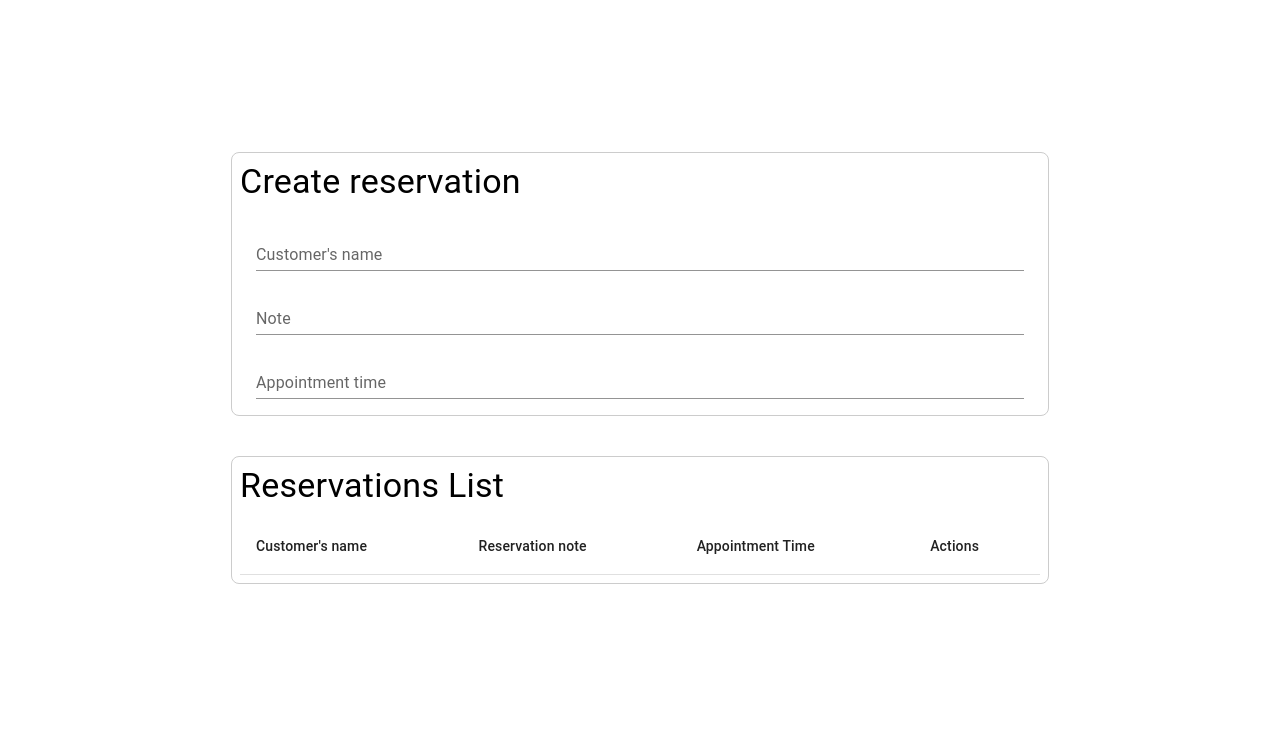
Repository: dovix58/PSP
Page: /beauty (app in frontEnd/)
These files come from the project's save history. The page is drawn as it stood at one moment and after a run of saves; the edit follows.
The browser window is 1280 px wide. The pictures show the whole page.
The page's requests for data from a server got no answer. The project was rebuilt for these pictures with package versions that can differ from the ones it lists, and the page was loaded fresh each time. No one was signed in, and anything a server would have sent is missing. Also part of the build but not shown: frontEnd/vite.config.ts, frontEnd/src/LandingPage.tsx, frontEnd/src/api/productAPI.ts, frontEnd/src/CreateOrder.tsx, frontEnd/src/api/OrderApi.ts, frontEnd/src/PaymentModal.tsx, frontEnd/src/OrderList.tsx, frontEnd/src/Styles.ts and 3 more.

Above is the page before, as saved 2024-12-19 13:46:33.

After the next 4 saves:
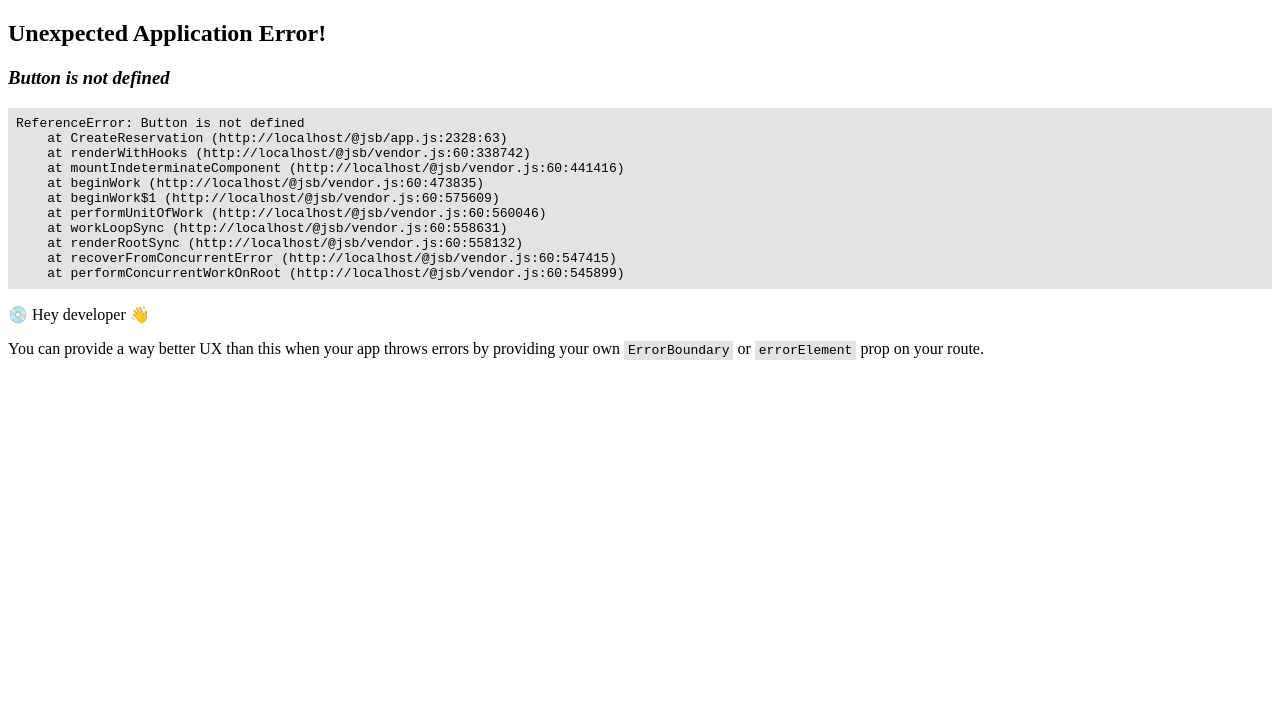
Console error: ReferenceError: Button is not defined
The 4 saves are shown as one change because 2 did not build or start and some came seconds apart.
The last was saved 49 s later.
--- a/frontEnd/src/CreateReservation.tsx
+++ b/frontEnd/src/CreateReservation.tsx
@@ -23,6 +23,9 @@ export default function CreateReservation() {
             <TextField id="name" label="Customer's name" variant="standard" />
             <TextField id="note" label="Note" variant="standard" />
             <TextField id="time" label="Appointment time" variant="standard" />
+            <Button variant="outlined" color="error">
+              Error
+            </Button>
           </Stack>
         </form>
       </Box>

After the save that followed:
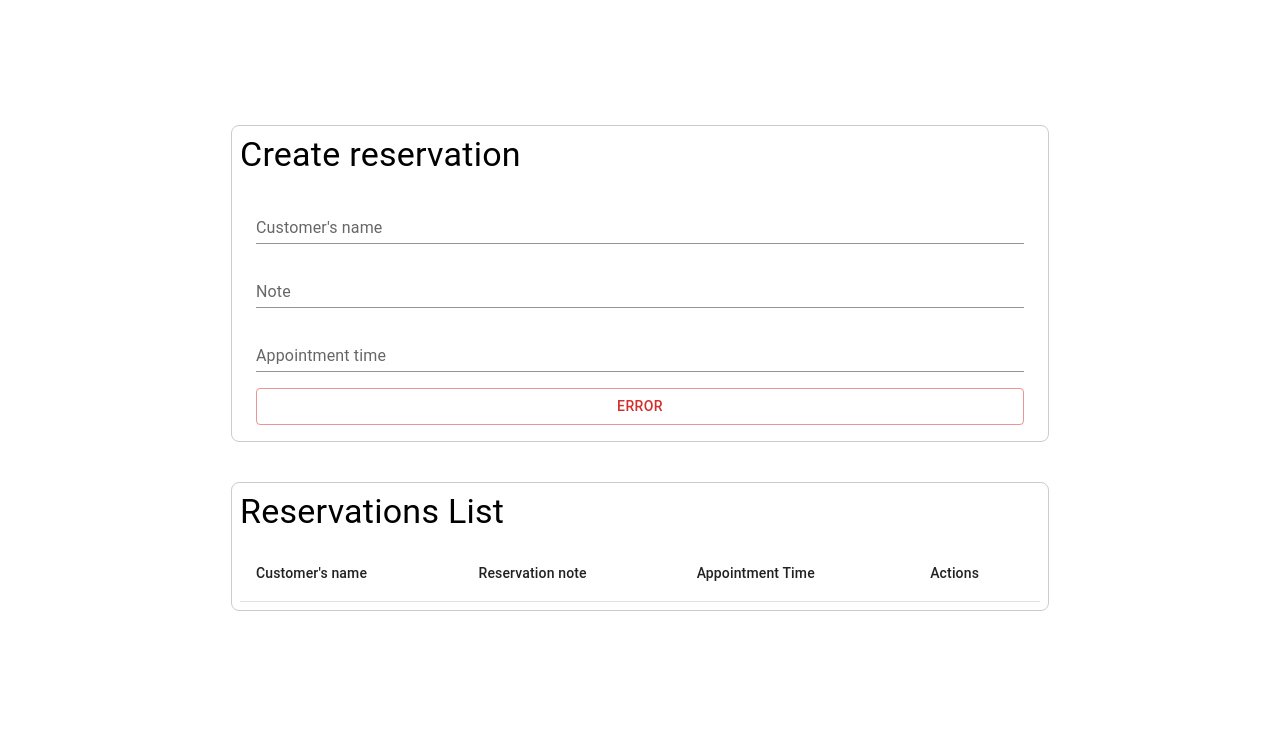
The error is gone.
Saved 4 s later.
--- a/frontEnd/src/CreateReservation.tsx
+++ b/frontEnd/src/CreateReservation.tsx
@@ -1,5 +1,5 @@
 import React from "react";
-import { Box, Typography, TextField, Stack } from "@mui/material";
+import { Box, Typography, TextField, Stack, Button } from "@mui/material";
 
 export default function CreateReservation() {
   return (
